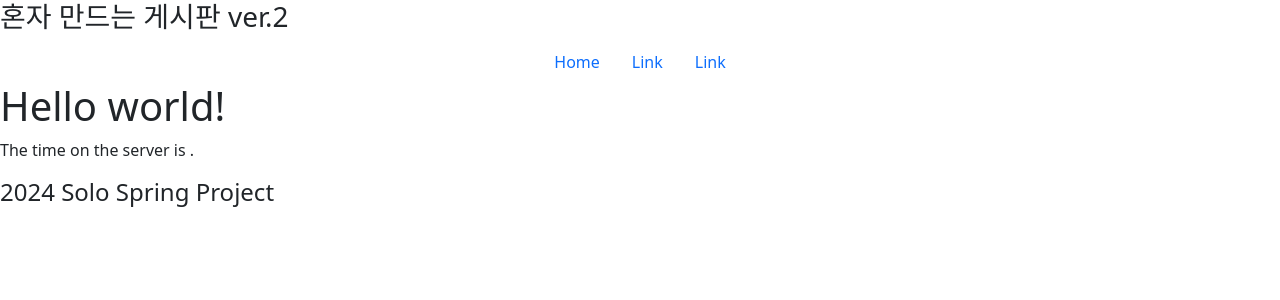
Repository: nefer2/Spring_test
Page: http://localhost/spring_test7/WEB-INF/views/index.jsp
An editor plug-in stored every save of this project. The page is shown before and after the next save, followed by the edit.
The browser window is 1280 px wide. The pictures show the whole page.
The page is served by Tomcat 9. Nobody is signed in. The template is opened directly, without the code that normally fills it, so the values that code supplies are empty.

Above is the page before, as saved 2024-01-17 02:06:24.

After the next save:
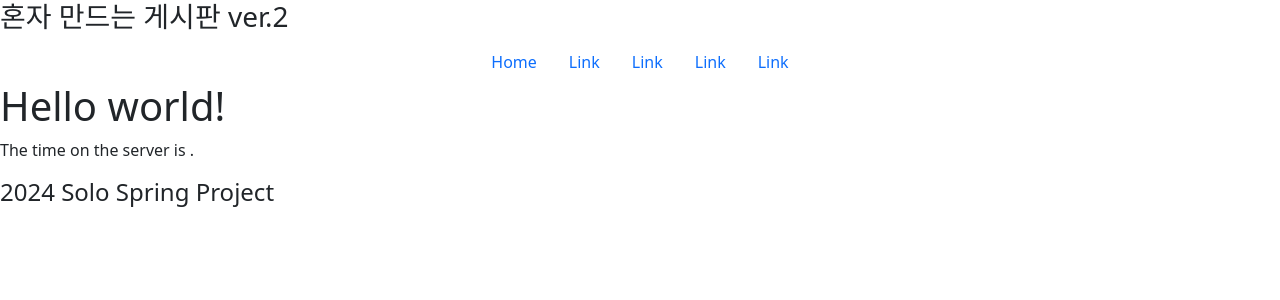
Saved 8 s later.
--- a/spring_test7/src/main/webapp/WEB-INF/views/layout/navbar.jsp
+++ b/spring_test7/src/main/webapp/WEB-INF/views/layout/navbar.jsp
@@ -17,4 +17,10 @@
   <li class="nav-item">
     <a class="nav-link" href="#">Link</a>
   </li>
+    <li class="nav-item">
+    <a class="nav-link" href="#">Link</a>
+  </li>
+    <li class="nav-item">
+    <a class="nav-link" href="#">Link</a>
+  </li>
 </ul>
